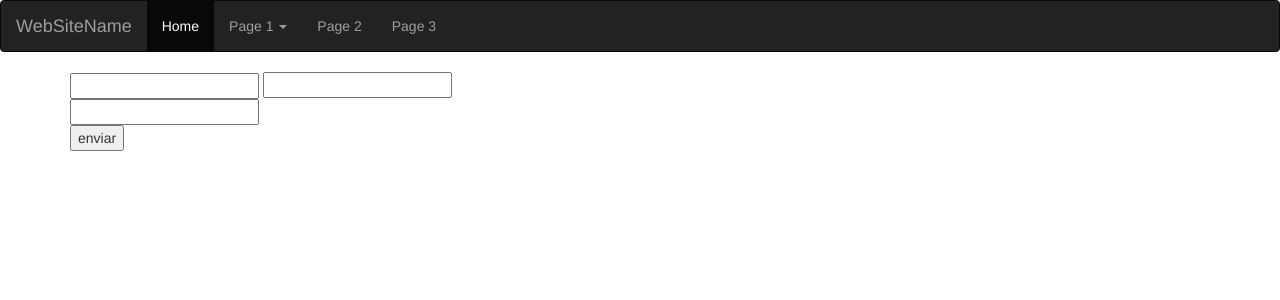
Repository: UAQJavaEveris/ProyectoFinalJuanCarlos
Page: http://localhost/WebCliente/
These files come from the project's save history. The page is drawn as it stood at one moment and after the next save; the edit follows.
The browser window is 1280 px wide. The pictures show the whole page.
Some web libraries are served in a nearby version. The page is served by Tomcat 9.

Above is the page before, as saved 2016-12-10 02:54:25.

After the next save:
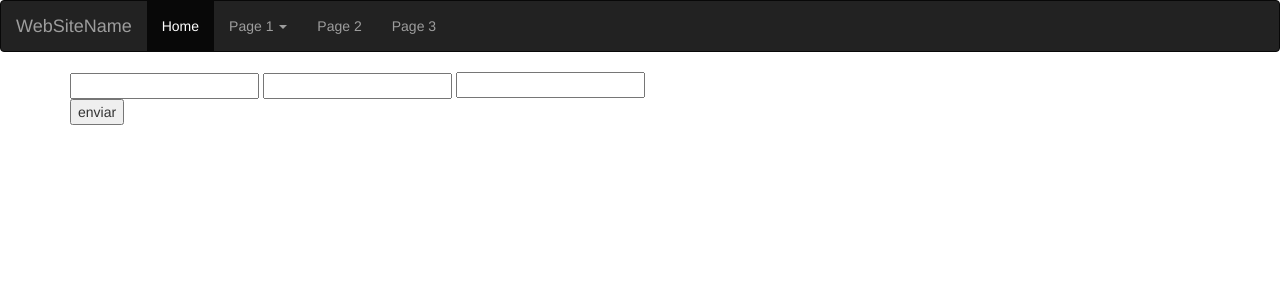
Saved 24 s later.
--- a/WebCliente/WebContent/index.jsp
+++ b/WebCliente/WebContent/index.jsp
@@ -35,13 +35,13 @@
 </nav>
 <div class="container">
 <form  class="form-inline" action="Controller" method="Post">
-
-  <div class="form-group">
+<div class="form-group">
     <label class="sr-only" for="nombre">Nombre:</label>
     <input type="txt" name="nombre"><br>
   </div>
-
-<input type="txt" name="apellidos"><br>
+  <div class="form-group">
+  <input type="txt" name="apellidos"><br>
+  </div>
 <input type="txt" name="logros"><br>
 <input type="submit" value="enviar"></input>
 </form><br>
